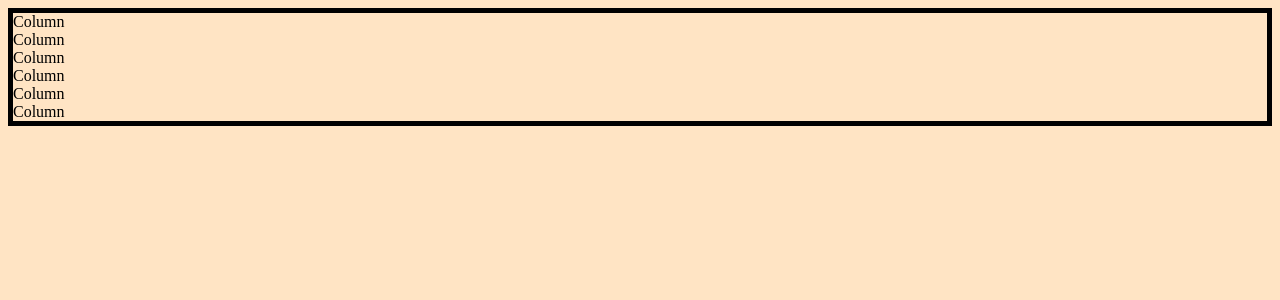
Repository: noahcallen/LAB-calculator
Page: index.html
The author's editor kept a copy of each file at every save. The page is drawn from the files as they stood at one save, then again after the next save.
The browser window is 1280 px wide. The pictures show the whole page.

Above is the page before, as saved 2024-07-09 21:12:08.

### index.html
<!DOCTYPE html>
<html lang="en">
<head>
  <meta charset="UTF-8">
  <meta name="viewport" content="width=device-width, initial-scale=1.0">
  <title>Document</title>
  <link rel="stylesheet" href="main.css">
  <meta name="viewport" content="width=device-width, initial-scale=1">
</head>
<body>
  <!-- box for calculator outline -->
  <div class="outline">
    <div class="container text-center">
      <div class="row">
        <div class="col">
          Column
        </div>
        <div class="col">
          Column
        </div>
        <div class="col">
          Column
        </div>
      </div>
      <div class="row">
        <div class="col">
          Column
        </div>
        <div class="col">
          Column
        </div>
        <div class="col">
          Column
        </div>
      </div>
    </div>
    </div>
      <!-- close outline -->
  </div>




  <script src="main.js"></script>
  <!-- import js bootstrap -->
  <script src="https://cdn.jsdelivr.net/npm/bootstrap@5.3.3/dist/js/bootstrap.bundle.min.js" integrity="sha384-YvpcrYf0tY3lHB60NNkmXc5s9fDVZLESaAA55NDzOxhy9GkcIdslK1eN7N6jIeHz" crossorigin="anonymous"></script>
</body>
</html>

### main.css
body {
  background-color: bisque;
}

.outline {
  border: solid 5px black;
}

Loaded but not shown: main.js (no stored copy; drawn as an empty file)

After the next save:
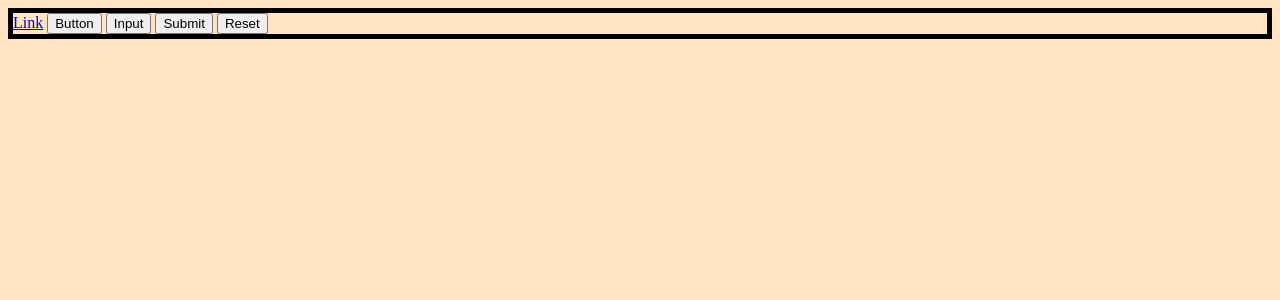
Saved 2 min 29 s later.
--- a/index.html
+++ b/index.html
@@ -10,32 +10,16 @@
 <body>
   <!-- box for calculator outline -->
   <div class="outline">
-    <div class="container text-center">
-      <div class="row">
-        <div class="col">
-          Column
-        </div>
-        <div class="col">
-          Column
-        </div>
-        <div class="col">
-          Column
-        </div>
-      </div>
-      <div class="row">
-        <div class="col">
-          Column
-        </div>
-        <div class="col">
-          Column
-        </div>
-        <div class="col">
-          Column
-        </div>
-      </div>
-    </div>
-    </div>
-      <!-- close outline -->
+    <a class="btn btn-primary" href="#" role="button">Link</a>
+    <button class="btn btn-primary" type="submit">Button</button>
+    <input class="btn btn-primary" type="button" value="Input">
+    <input class="btn btn-primary" type="submit" value="Submit">
+    <input class="btn btn-primary" type="reset" value="Reset">
+
+
+
+
+    <!-- close outline -->
   </div>
 
 
